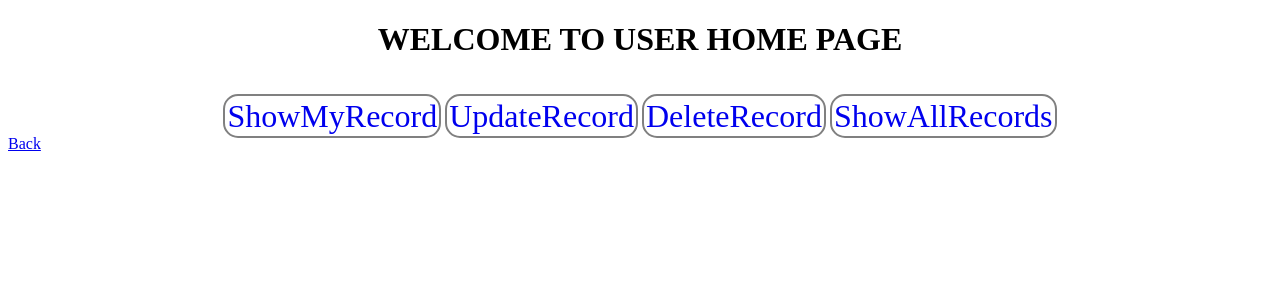
Repository: gajanansp07/Advance_Java_Practice
Page: http://localhost/JDBCCURD/UserHome.jsp
An editor plug-in stored every save of this project. The page is shown before and after the next save, followed by the edit.
The browser window is 1280 px wide. The pictures show the whole page.
The page is served by Tomcat 9.

Above is the page before, as saved 2022-03-18 10:32:49.

After the next save:
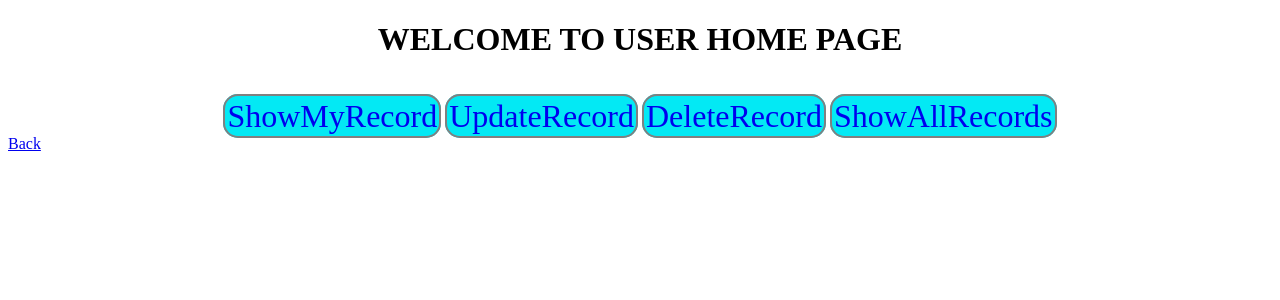
Saved 99 s later.
--- a/JDBCCURD/src/main/webapp/UserHome.jsp
+++ b/JDBCCURD/src/main/webapp/UserHome.jsp
@@ -10,6 +10,7 @@ div#sub-menu {
     text-align: center;
 }
 a.uhome {
+	background: #03e9f4;
     font-size: 2em;
     border: 2px solid gray;
     padding: 2px;
